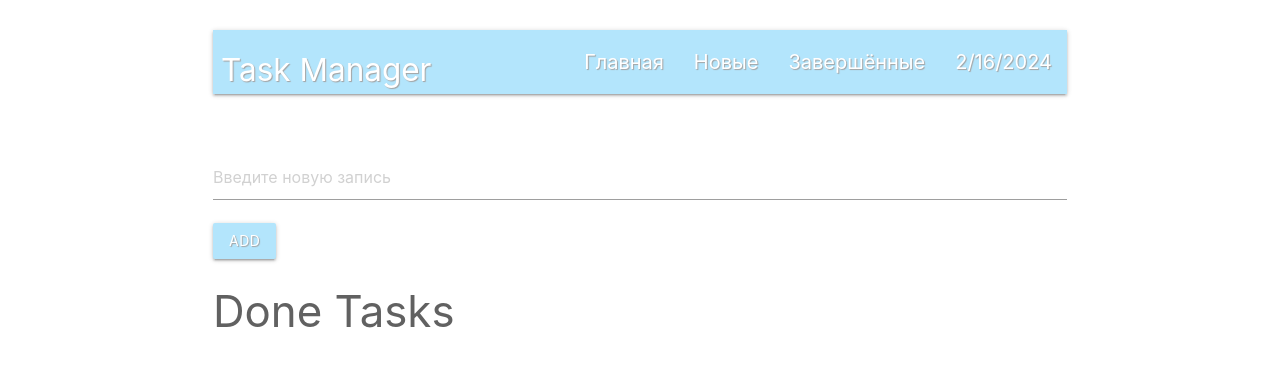
Repository: iveivs/myReactTaskManager
Page: /done
An editor plug-in stored every save of this project. The page is shown before and after the next save, followed by the edit.
The browser window is 1280 px wide. The pictures show the whole page.
The project was rebuilt for these pictures with package versions that can differ from the ones it lists, and the page was loaded fresh each time. Also part of the build but not shown: vite.config.js, src/components/MainPage.jsx, src/components/NewTasks.jsx.

Above is the page before, as saved 2024-02-16 19:44:35.

After the next save:
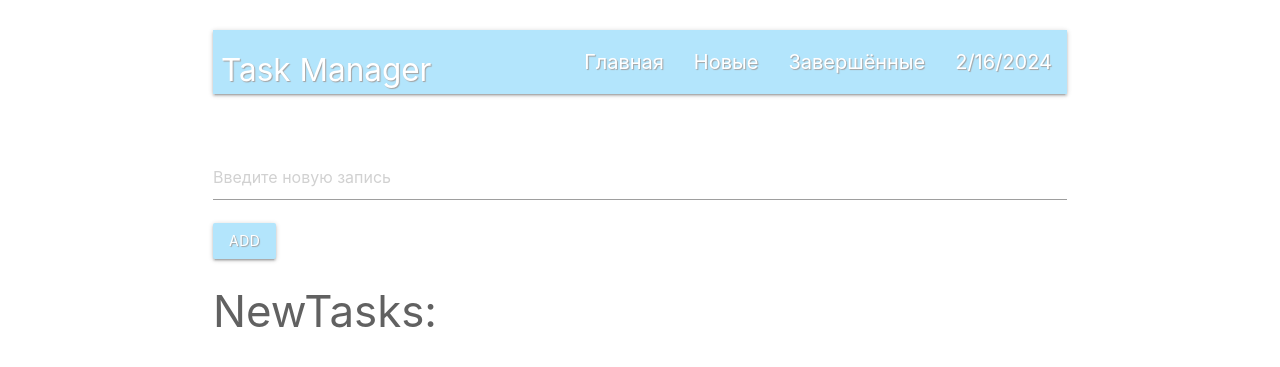
Saved 20 s later.
--- a/src/components/DoneTasks.jsx
+++ b/src/components/DoneTasks.jsx
@@ -2,9 +2,27 @@
 import { useContext } from "react"
 
 export default function DoneTasks () {
+    const { tasks, changeStatus } = useContext(DataContext)
     return (
         <div>
-            <h3 className="textTitle">Done Tasks</h3>
+            <h3 className="textTitle">NewTasks:</h3>
+            {
+                tasks && (
+                    tasks.map(task => {
+                        if(task.done === false )
+                        return (
+                            <div key={task.id } className="taskItem">
+                            <p className="taskText" style={ task.done ? {textDecoration: 'line-through'} : {textDecoration: ''}}>task: {task.task} id: {task.id}</p>
+                            <div className="iconBox">
+                                <i onClick={(e) => { changeStatus(e) }} data-id={task.id} className={`material-icons disabledColor ${task.done ? "orange600" : " "}`} >done</i>
+                                <i onClick={(e) => { deleteTask(e) }} data-id={task.id} className="material-icons disabledColor">close</i>
+                            </div>
+                            </div>
+                        )
+                    })
+                )
+
+            }
         </div>
     )
 }

After the save that followed:
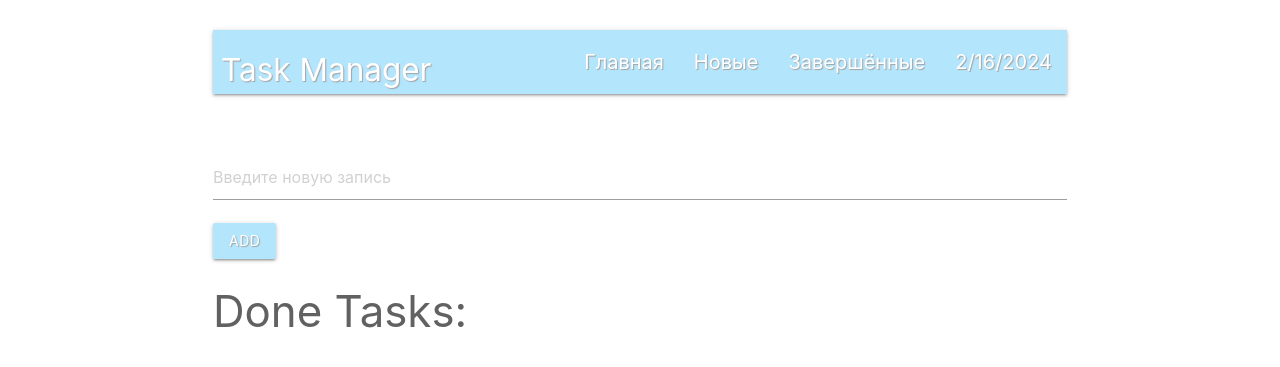
Saved 5 s later.
--- a/src/components/DoneTasks.jsx
+++ b/src/components/DoneTasks.jsx
@@ -5,7 +5,7 @@
     const { tasks, changeStatus } = useContext(DataContext)
     return (
         <div>
-            <h3 className="textTitle">NewTasks:</h3>
+            <h3 className="textTitle">Done Tasks:</h3>
             {
                 tasks && (
                     tasks.map(task => {
